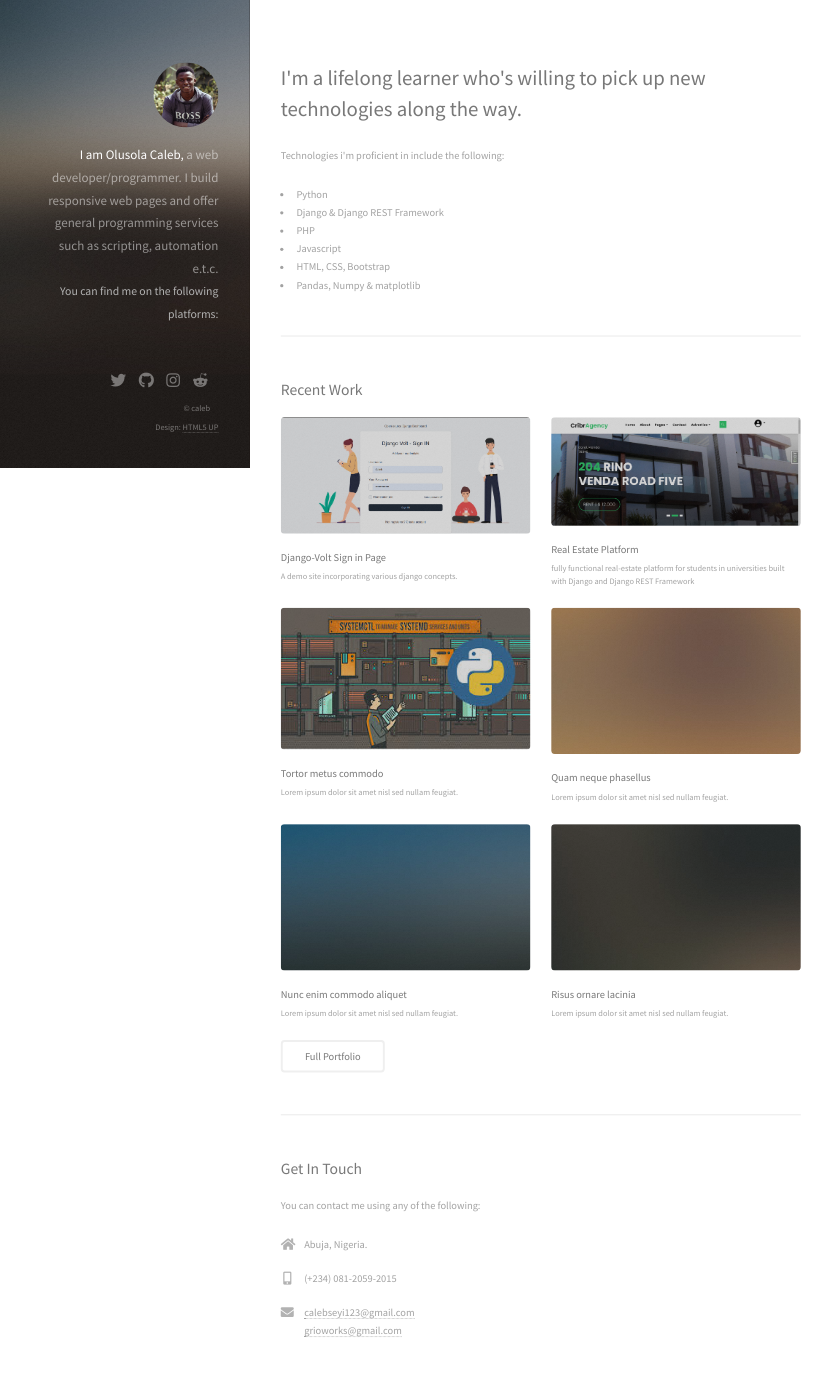
Repository: Caleb40/Caleb40.github.io
Page: index.html
An editor plug-in stored every save of this project. The page is shown before and after the next save, followed by the edit.
The browser window is 1280 px wide. The pictures show the whole page, at 65% of full size.

Above is the page before, as saved 2022-07-13 00:07:27.

After the next save:
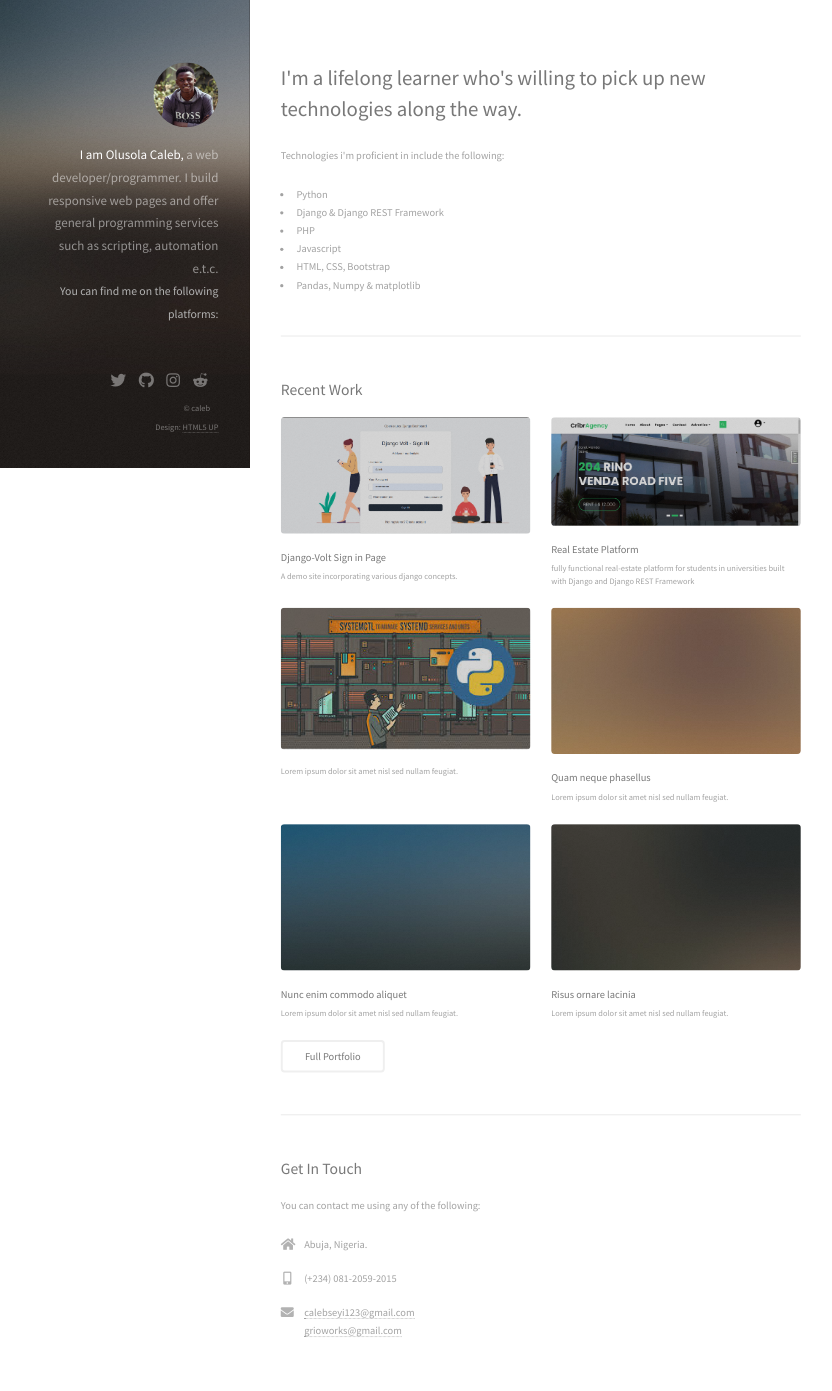
Saved 28 s later.
--- a/index.html
+++ b/index.html
@@ -61,7 +61,7 @@
 				</article>
 				<article class="col-6 col-12-xsmall work-item">
 					<a href="images/images.jpeg" class="image fit thumb"><img src="images/images.jpeg" alt="" /></a>
-					<h3>Tortor metus commodo</h3>
+					<h3><a href=""></a></h3>
 					<p>Lorem ipsum dolor sit amet nisl sed nullam feugiat.</p>
 				</article>
 				<article class="col-6 col-12-xsmall work-item">
